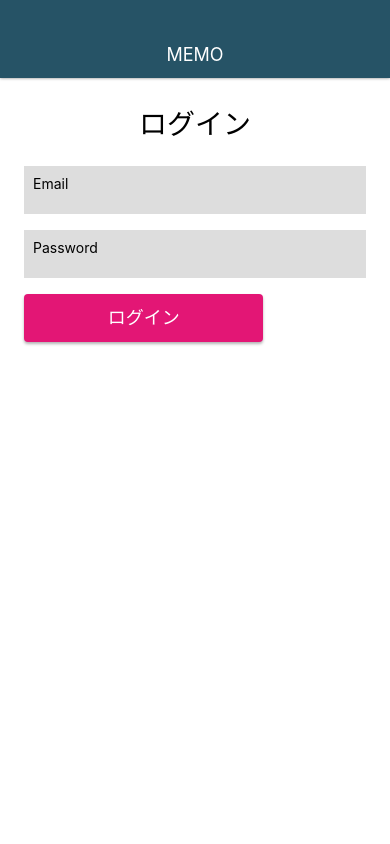
Repository: NagataRyuji0630/memo_app_for_reactNative
Screen: /
These files come from the project's save history. The screen is drawn as it stood at one moment and after the next save; the edit follows.
The app was drawn by React Native's web renderer in a window 390 px wide. The project was rebuilt for these pictures with package versions that can differ from the ones it lists, and the page was loaded fresh each time. Some packages were replaced by stand-ins written for this rebuild. Also part of the build but not shown: src/components/MemoList.jsx, src/elements/CircleBtn.jsx, src/screens/MemoListScreen.jsx, src/screens/MemoDetailScreen.jsx, src/screens/MemoEditScreen.jsx.

Above is the screen before, as saved 2020-05-15 08:46:27.

After the next save:
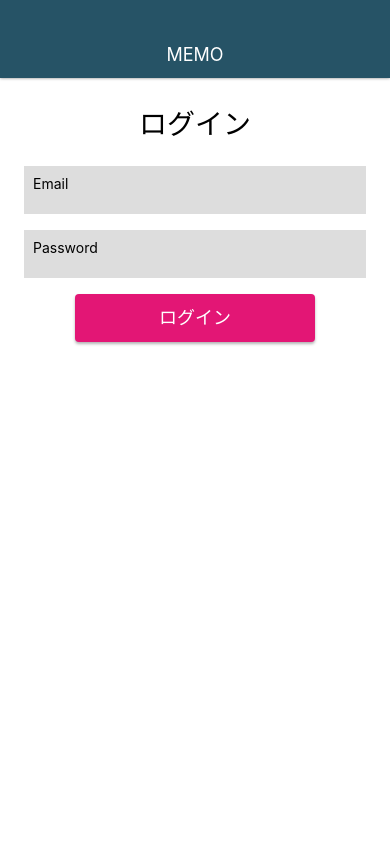
Saved 20 s later.
--- a/src/screens/LoginScreen.jsx
+++ b/src/screens/LoginScreen.jsx
@@ -33,6 +33,7 @@ const styles = StyleSheet.create({
         width: '70%',
         height: 48,
         borderRadius: 4,
+        alignSelf: 'center',
         justifyContent: 'center',
         alignItems: 'center'
     },
